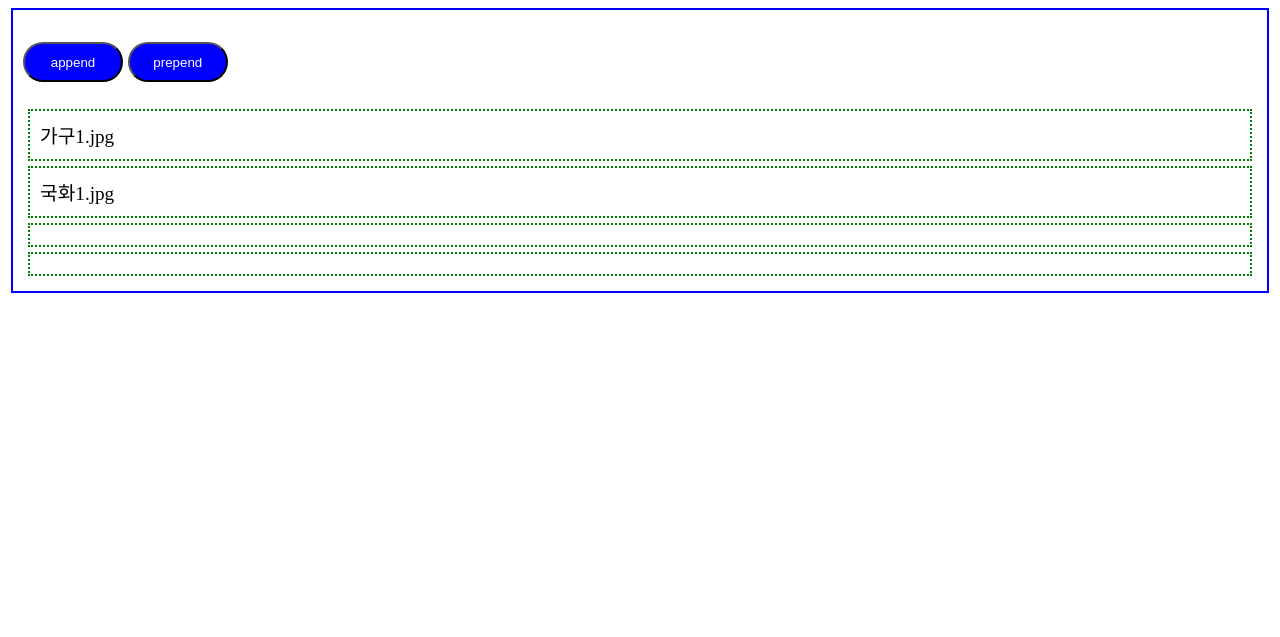
Repository: patternlobe-stack/MY_repository
Page: webpro/src/main/webapp/0916/추가메소드.html
These files come from the project's save history. The page is drawn as it stood at one moment and after the next save; the edit follows.
The browser window is 1280 px wide. The pictures show the whole page.
After loading, the first visible `#btn1` was clicked once.

Above is the page before, as saved 2025-09-16 05:30:39.

### webpro/src/main/webapp/0916/추가메소드.html
<!DOCTYPE html>
<html>
<head>
<meta charset="UTF-8">
<title>Insert title here</title>
<link rel="stylesheet"  href="../css/public.css">
<script src="../js/jquery-3.7.1.js"></script>


<script>
$(()=>{
		$('#btn1').on('click', ()=>{
			//img태그 만들기
		vimg =$(`<img src='../images/가구1.jpg' alt=' '>` )
		})
})

</script>

</head>
<body>


<div class="box">
      <h3>
      </h3>
      <input type="button" value="append" id="btn1" />
      <input type="button" value="prepend" id="btn2" />
      <br /><br />

	  <div>가구1.jpg</div>
	  <div>국화1.jpg</div>

      <div id="result1"></div>
      <div id="result2"></div>
</div>
</body>
</html>

### webpro/src/main/webapp/css/public.css
@charset "UTF-8";

pre {
  border: 5px inset red;
  margin: 20px;
  padding: 10px;
  font-size: 1.3rem;
}
div {
  border: 2px dotted green;
  padding: 10px;
  margin: 5px;
  font-size: 1.2rem;
}

.box {
  border: 2px solid blue;
  margin: 3px;
  padding: 10px;
}
.box input[type="button"],
.box input[type="submit"] {
  background: blue;
  color: white;
  width: 100px;
  height: 40px;
  border-radius: 50px;
}

Loaded but not shown: webpro/src/main/webapp/js/jquery-3.7.1.js (library)

After the next save:
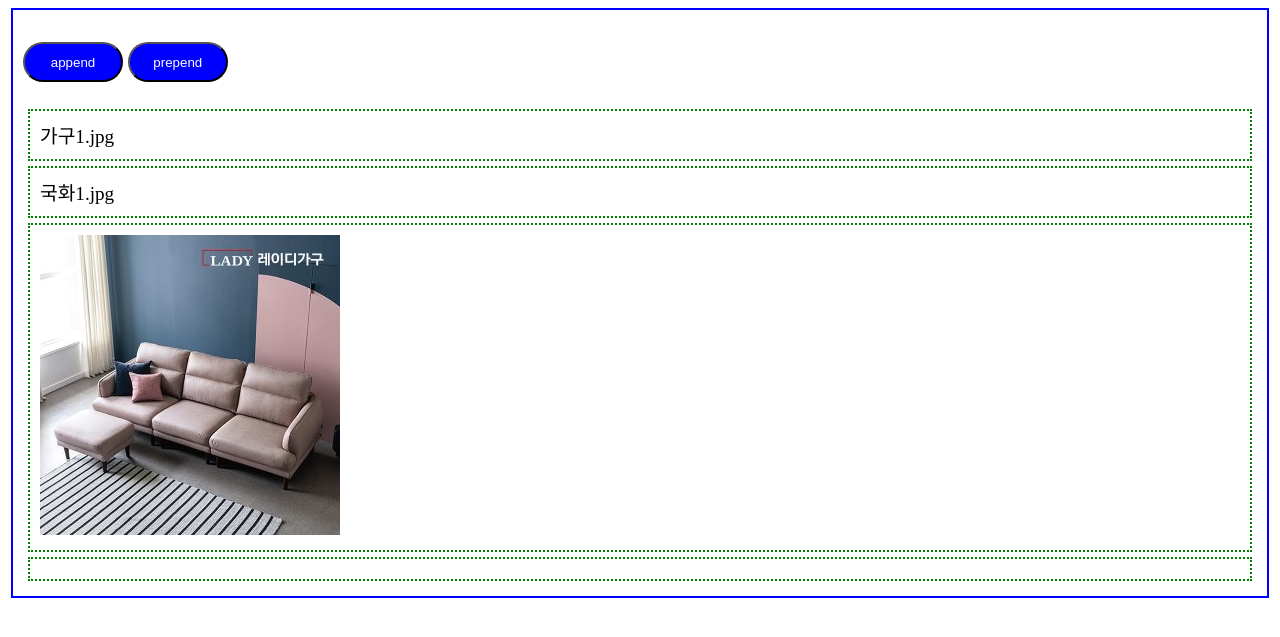
Saved 63 s later.
--- a/webpro/src/main/webapp/0916/추가메소드.html
+++ b/webpro/src/main/webapp/0916/추가메소드.html
@@ -11,7 +11,9 @@
 $(()=>{
 		$('#btn1').on('click', ()=>{
 			//img태그 만들기
-		vimg =$(`<img src='../images/가구1.jpg' alt=' '>` )
+		vimg =$(`<img src='../images/가구1.jpg' alt=' 가구1.jpg'>` )
+
+		$('#result1').append(vimg);
 		})
 })
 
